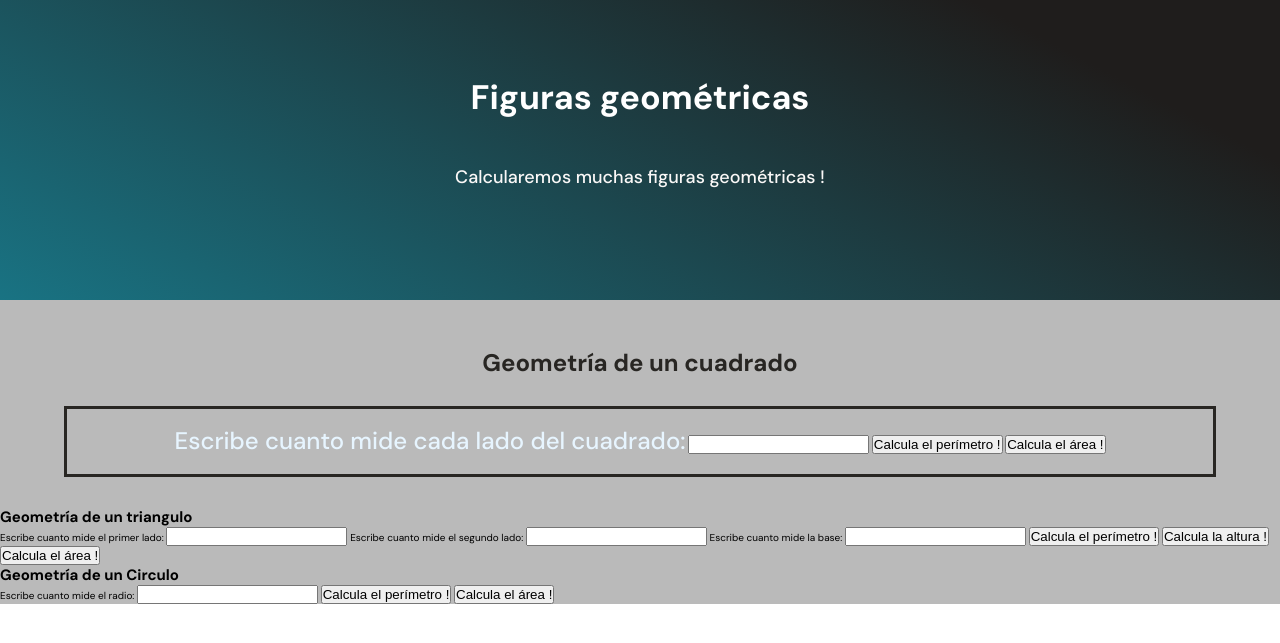
Repository: ChristianGecchelin/javascript-project
Page: javascript-project/figuras-geometricas/figuras.html
An editor plug-in stored every save of this project. The page is shown before and after the next save, followed by the edit.
The browser window is 1280 px wide. The pictures show the whole page.

Above is the page before, as saved 2021-12-01 22:59:08.

After the next save:
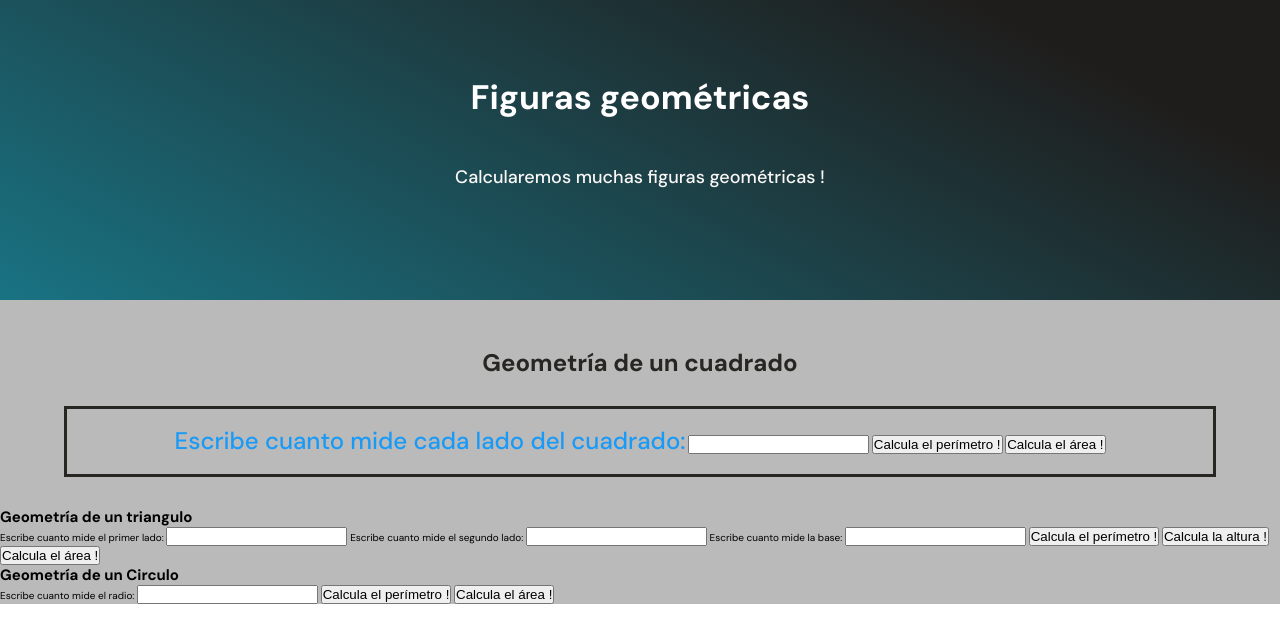
Saved 17 s later.
--- a/javascript-project/figuras-geometricas/style.css
+++ b/javascript-project/figuras-geometricas/style.css
@@ -82,5 +82,5 @@ main {
   font-size: 2.4rem;
   font-weight: 500;
   line-height: 2.4rem;
-  color: var(--soft-blue);
+  color: var(--secondary-blue);
 }
